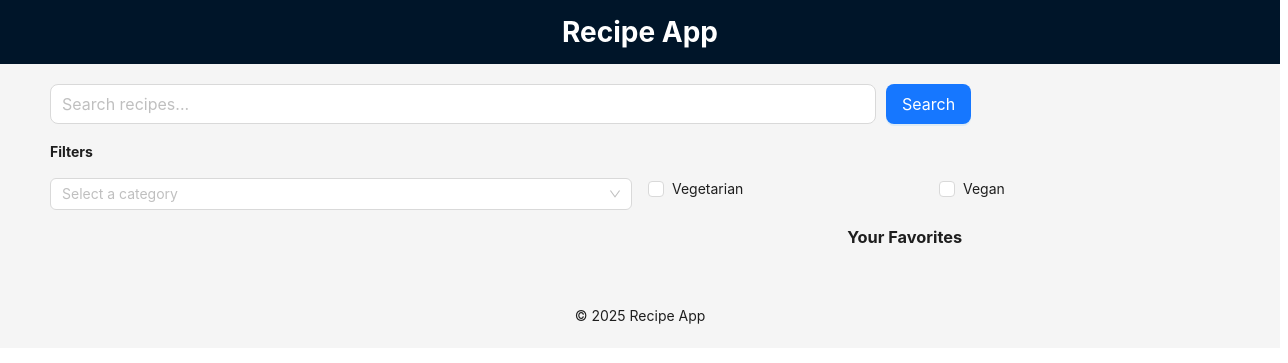
Repository: LearnTek-In-Private-Limited/recipie-era-premier
Page: /
These files come from the project's save history. The page is drawn as it stood at one moment and after a run of saves; the edit follows.
The browser window is 1280 px wide. The page is 1280 px wide, then 1288 px, so the pictures cover 1288 px, including what lies to the right of the window. The pictures show the whole page.
The project was rebuilt for these pictures with package versions that can differ from the ones it lists, and the page was loaded fresh each time.

Above is the page before, as saved 2025-01-25 17:04:06.

After the next 2 saves:
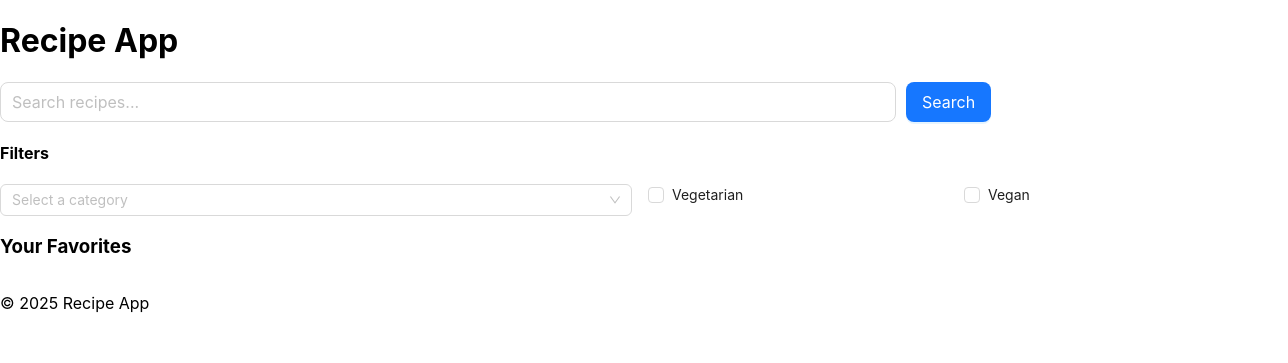
The 2 saves are shown as one change because 1 did not build or start.
The last was saved 30 s later.
--- a/src/App.js
+++ b/src/App.js
@@ -5,40 +5,38 @@ import RecipeList from './components/RecipeList';
 import SearchBar from './components/SearchBar';
 import FavoritesList from './components/FavoritesList';
 import FilterOptions from './components/FilterOptions';
-import { Layout, Row, Col } from 'antd';
-
-const { Header, Content, Footer } = Layout;
 
 function App() {
   return (
     <Provider store={store}>
-      <Layout>
-        <Header style={{ backgroundColor: '#001529', color: 'white', textAlign: 'center' }}>
-          <h1 style={{ color: 'white', margin: 0 }}>Recipe App</h1>
-        </Header>
-        <Content style={{ padding: '20px 50px' }}>
-          <Row gutter={[16, 16]}>
-            {/* Filters and Search Bar */}
-            <Col span={24}>
+      <div className="container">
+        <header className="bg-primary text-white text-center py-3">
+          <h1>Recipe App</h1>
+        </header>
+        <main className="py-4">
+          <div className="row mb-4">
+            {/* Filters and Search */}
+            <div className="col-12">
               <SearchBar />
               <FilterOptions />
-            </Col>
-          </Row>
+            </div>
+          </div>
+          <div className="row">
+            {/* Recipe List */}
+            <div className="col-md-8">
+              <RecipeList />
+            </div>
 
-          <Row gutter={[16, 16]}>
-            {/* Recipe List */}
-            <Col xs={24} sm={16}>
-              <RecipeList />
-            </Col>
-
-            {/* Favorites List */}
-            <Col xs={24} sm={8}>
+            {/* Favorites */}
+            <div className="col-md-4">
               <FavoritesList />
-            </Col>
-          </Row>
-        </Content>
-        <Footer style={{ textAlign: 'center' }}>© 2025 Recipe App</Footer>
-      </Layout>
+            </div>
+          </div>
+        </main>
+        <footer className="text-center py-3">
+          <p>&copy; 2025 Recipe App</p>
+        </footer>
+      </div>
     </Provider>
   );
 }
